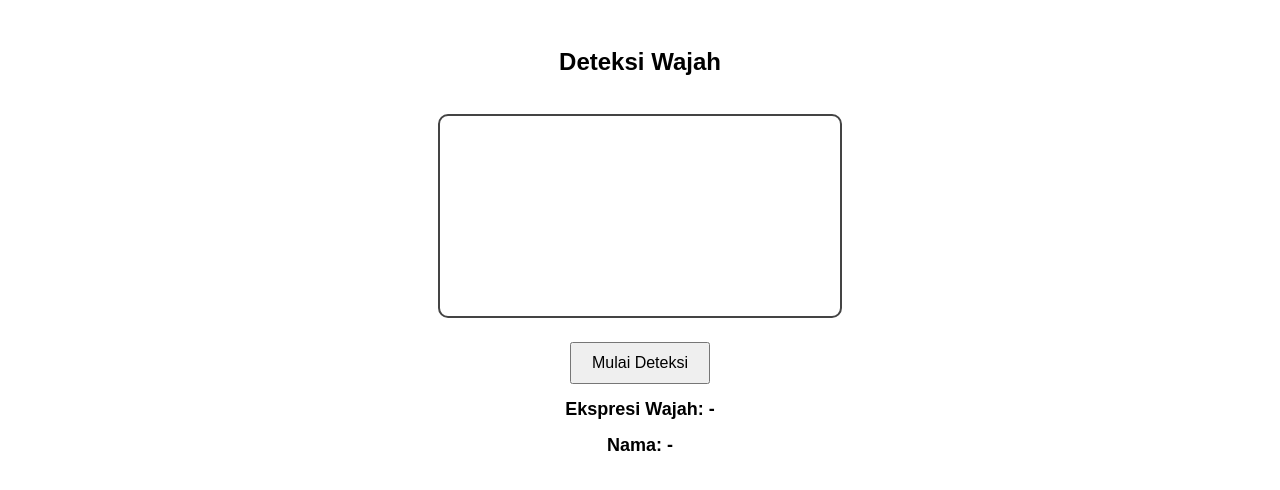
Repository: RalfyBawinto/working-teachable-machine
Page: index.html
The author's editor kept a copy of each file at every save. The page is drawn from the files as they stood at one save, then again after the next save.
The browser window is 1280 px wide. The pictures show the whole page.

Above is the page before, as saved 2025-04-21 23:39:57.

After the next save:
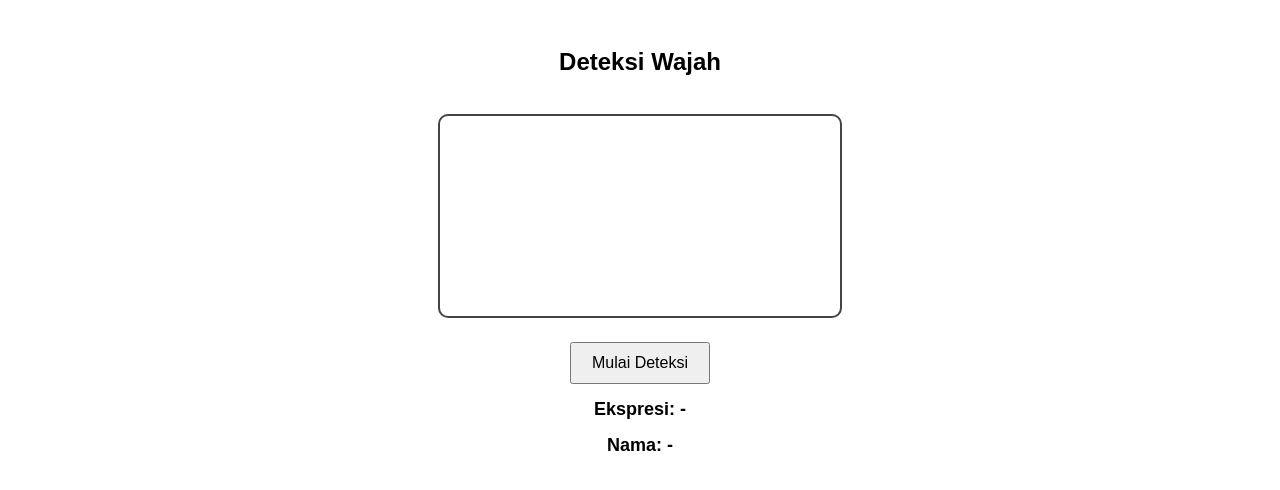
Saved 5 min 11 s later.
--- a/index.html
+++ b/index.html
@@ -52,7 +52,7 @@
     <br />
     <button onclick="start()">Mulai Deteksi</button>
 
-    <div class="output" id="face-output">Ekspresi Wajah: -</div>
+    <div class="output" id="face-output">Ekspresi: -</div>
     <div class="output" id="name-output">Nama: -</div>
 
     <!-- TensorFlow.js -->
